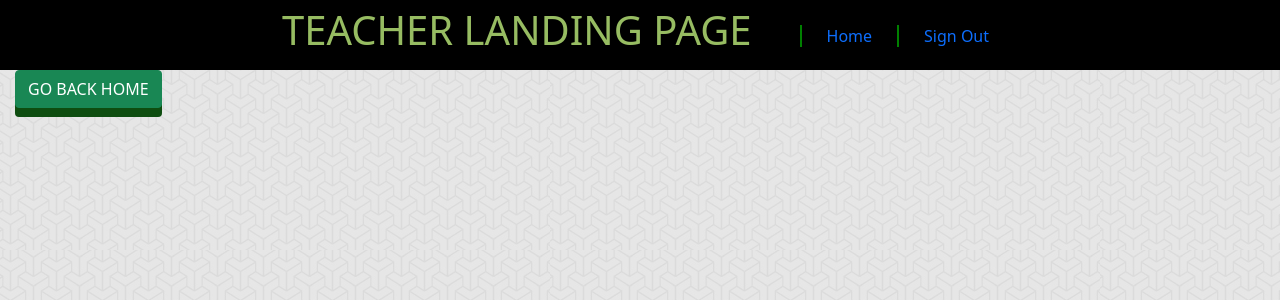
Repository: kavine24/CS490-Python-LMS
Page: html/portal/s/ReviewQuiz.html
These files come from the project's save history. The page is drawn as it stood at one moment and after the next save; the edit follows.
The browser window is 1280 px wide. The pictures show the whole page.
The page's requests for data from a server got no answer.

Above is the page before, as saved 2022-04-19 19:47:21.

### html/portal/s/ReviewQuiz.html
<!DOCTYPE html>
<html>
  <head>
    <title>Review Exam</title>
    <link rel="stylesheet" href="/style.css">

    <link href="https://cdn.jsdelivr.net/npm/bootstrap@5.1.3/dist/css/bootstrap.min.css" rel="stylesheet" integrity="sha384-1BmE4kWBq78iYhFldvKuhfTAU6auU8tT94WrHftjDbrCEXSU1oBoqyl2QvZ6jIW3" crossorigin="anonymous">
  </head>
  <body>
    <header class="mainHeader">
      <h1 id="header" class="header">TEACHER LANDING PAGE</h1>
      <ul class="navLIST">
          <li><a href="http://cs490testcenter.ddns.net:50000/portal/t/Home.php">Home</a></li>
          <li><a href="http://cs490testcenter.ddns.net:50000">Sign Out</a></li>
        </ul>
      <br>
    </header>

    <main id="review">
      <a id="goBackHome" href="http://cs490testcenter.ddns.net:50000/portal/s/Home.php">
        <button class="btn btn-success submit">GO BACK HOME</button>
      </a>
    </main>

    <script>

      const urlParams = new URLSearchParams(window.location.search);
      var requestType = 'ReviewExamFTM';
      const examID = urlParams.get('examID');

      function displayExams(){
        const data = {examID, requestType};

        const options = {
          method:'POST',
          headers: {
              "Content-type": "application/json; charset=UTF-8"
          },
          body: JSON.stringify(data)
        };

        fetch('http://cs490testcenter.ddns.net:50000/portal/frontBrowser.php', options)
        .then(response => {
          return response.json();
        })
        .then(data => {
          console.log(data);
          const header = document.getElementById("header");
          header.innerHTML = data.examData.examName;

          const points = document.createTextNode("Grade: " + data.examData.PointsEarned + "/" + data.examData.TotalPoints);
          document.getElementById('review').insertBefore(points, document.getElementById("goBackHome"));
          document.getElementById('review').insertBefore(document.createElement("br"), document.getElementById("goBackHome"));
          document.getElementById('review').insertBefore(document.createElement("br"), document.getElementById("goBackHome"));
          // points.setAttribute("class", "");

          for(let i = 0; i < data.answers.length; i++){
            const div = document.createElement("div");

            const question = document.createElement("label");
            question.setAttribute("class", "container")

            question.appendChild(document.createTextNode("Question " + (i+1)));
            question.appendChild(document.createElement("br"));

            question.appendChild(document.createTextNode(data.answers[i].pointsCorrect + " / " + data.answers[i].points));
            question.appendChild(document.createElement("br"));

            question.appendChild(document.createTextNode("Type: " + data.answers[i].type));
            question.appendChild(document.createElement("br"));

            question.appendChild(document.createTextNode("Difficulty: " + data.answers[i].difficulty));
            question.appendChild(document.createElement("br"));

            question.appendChild(document.createTextNode("Question: " + data.answers[i].question));
            question.appendChild(document.createElement("br"));

            input = document.createElement("textarea");
            input.readOnly = "true";
            input.setAttribute("rows", "15");
            input.setAttribute("cols", "95");
            input.innerHTML = data.answers[i].answer;

            question.appendChild(document.createElement("br"));
            question.appendChild(input);

            question.appendChild(document.createElement("br"));
            question.appendChild(document.createTextNode("Comments: " + data.answers[i].comments));

            div.appendChild(question);

            if(data.answers[i].pointsTable.length > 0){
              const reviewTable = document.createElement("table");
              reviewTable.setAttribute("class", "table");

              const reviewTableHead = document.createElement("thead");
              const tableRow1 = document.createElement("tr");
              tableRow1.setAttribute("class", "filters");

              const tableHeader1 = document.createElement("th");
              tableHeader1.innerHTML = "Case #";

              const tableHeader2 = document.createElement("th");
              tableHeader2.innerHTML = "Input";

              const tableHeader3 = document.createElement("th");
              tableHeader3.innerHTML = "Expected";

              const tableHeader4 = document.createElement("th");
              tableHeader4.innerHTML = "Recieved";

              const tableHeader5 = document.createElement("th");
              tableHeader5.innerHTML = "Points Earned";

              tableRow1.appendChild(tableHeader1);
              tableRow1.appendChild(tableHeader2);
              tableRow1.appendChild(tableHeader3);
              tableRow1.appendChild(tableHeader4);
              tableRow1.appendChild(tableHeader5);

              reviewTableHead.appendChild(tableRow1);
              reviewTable.appendChild(reviewTableHead);

              const tableBody = document.createElement("tbody");

              for(let j = 0; j < data.answers[i].pointsTable.length; j++) {
                const tableRowTR = document.createElement("tr");

                const tableBody1 = document.createElement("td");
                tableBody1.innerHTML = j + 1;

                const tableBody2 = document.createElement("td");
                tableBody2.innerHTML = data.answers[i].pointsTable[j].input;

                const tableBody3 = document.createElement("td");
                tableBody3.innerHTML = data.answers[i].pointsTable[j].expected;

                const tableBody4 = document.createElement("td");
                tableBody4.innerHTML = data.answers[i].pointsTable[j].recieved;

                const tableBody5 = document.createElement("td");
                tableBody5.innerHTML = data.answers[i].pointsTable[j].correct;

                tableRowTR.appendChild(tableBody1);
                tableRowTR.appendChild(tableBody2);
                tableRowTR.appendChild(tableBody3);
                tableRowTR.appendChild(tableBody4);
                tableRowTR.appendChild(tableBody5);

                tableBody.appendChild(tableRowTR);
              }
              reviewTable.appendChild(tableBody);

              const tableRowContraints = document.createElement("tr");

              const tableHead1 = document.createElement("th");
              tableHead1.innerHTML = "Other Criteria";

              const tableHead2 = document.createElement("th");
              tableHead2.innerHTML = "Criteria Check";

              const tableHead3 = document.createElement("th");
              tableHead3.innerHTML = "Points Earned";

              tableRowContraints.appendChild(tableHead1);
              tableRowContraints.appendChild(tableHead2);
              tableRowContraints.appendChild(tableHead3);

              tableBody.appendChild(tableRowContraints);

              numConsts = parseInt(data.answers[i].fNeeded) + parseInt(data.answers[i].wNeeded) + parseInt(data.answers[i].rNeeded);

              if(numConsts > 0) {
                if (data.answers[i].fNeeded == "1") {
                  const tableCriteria = document.createElement("tr");

                  const tableBody1 = document.createElement("td");
                  tableBody1.innerHTML = "For Loop";

                  const tableBody2 = document.createElement("td");
                  tableBody2.innerHTML = data.answers[i].fCorrect == "1" ? "Yes" : "No";

                  const tableBody3 = document.createElement("td");
                  tableBody3.innerHTML = data.answers[i].fCorrect == "1" ? data.answers[i].points * 0.1 / numConsts: 0;

                  tableCriteria.appendChild(tableBody1);
                  tableCriteria.appendChild(tableBody2);
                  tableCriteria.appendChild(tableBody3);

                  tableBody.appendChild(tableCriteria);
                }

                if (data.answers[i].wNeeded == "1") {
                  const tableCriteria = document.createElement("tr");

                  const tableBody1 = document.createElement("td");
                  tableBody1.innerHTML = "While Loop";

                  const tableBody2 = document.createElement("td");
                  tableBody2.innerHTML = data.answers[i].wCorrect == "1" ? "Yes" : "No";

                  const tableBody3 = document.createElement("td");
                  tableBody3.innerHTML = data.answers[i].wCorrect == "1" ? data.answers[i].points * 0.1 / numConsts: 0;

                  tableCriteria.appendChild(tableBody1);
                  tableCriteria.appendChild(tableBody2);
                  tableCriteria.appendChild(tableBody3);

                  tableBody.appendChild(tableCriteria);
                }

                if (data.answers[i].rNeeded == "1") {
                  const tableCriteria = document.createElement("tr");

                  const tableBody1 = document.createElement("td");
                  tableBody1.innerHTML = "Recursion";

                  const tableBody2 = document.createElement("td");
                  tableBody2.innerHTML = data.answers[i].rCorrect == "1" ? "Yes" : "No";

                  const tableBody3 = document.createElement("td");
                  tableBody3.innerHTML = data.answers[i].rCorrect == "1" ? data.answers[i].points * 0.1 / numConsts: 0;


                  tableCriteria.appendChild(tableBody1);
                  tableCriteria.appendChild(tableBody2);
                  tableCriteria.appendChild(tableBody3);

                  tableBody.appendChild(tableCriteria);
                }

                const tableCriteriaContraints = document.createElement("tr");

                const tableBodyC1 = document.createElement("td");
                tableBodyC1.innerHTML = "All Constraints";

                const tableBodyC2 = document.createElement("td");
                tableBodyC2.innerHTML = data.answers[i].constraintsCorrect == "1" ? "Yes" : "No";

                const tableBodyC3 = document.createElement("td");
                tableBodyC3.innerHTML = data.answers[i].constraintsCorrect == "1" ? data.answers[i].points * 0.1 : 0;

                tableCriteriaContraints.appendChild(tableBodyC1);
                tableCriteriaContraints.appendChild(tableBodyC2);
                tableCriteriaContraints.appendChild(tableBodyC3);

                tableBody.appendChild(tableCriteriaContraints);
              }


              const tableCriteriaHeader = document.createElement("tr");

              const tableBodyF1 = document.createElement("td");
              tableBodyF1.innerHTML = "Function Header";

              const tableBodyF2 = document.createElement("td");
              tableBodyF2.innerHTML = data.answers[i].headerCorrect == "1" ? "Yes" : "No";

              const tableBodyF3 = document.createElement("td");
              tableBodyF3.innerHTML = data.answers[i].headerCorrect == "1" ? (numConsts > 0 ? data.answers[i].points * 0.1 : data.answers[i].points * 0.2) : 0;

              tableCriteriaHeader.appendChild(tableBodyF1);
              tableCriteriaHeader.appendChild(tableBodyF2);
              tableCriteriaHeader.appendChild(tableBodyF3);

              tableBody.appendChild(tableCriteriaHeader);

              question.appendChild(reviewTable);


            }else{
              question.appendChild(document.createElement("br"));
              question.appendChild(document.createTextNode("This Question has not been autograded"));
            }

            document.getElementById("review").insertBefore(div, document.getElementById("goBackHome"));
            document.getElementById("review").insertBefore(document.createElement("br"), document.getElementById("goBackHome"));
            document.getElementById("review").insertBefore(document.createElement("br"), document.getElementById("goBackHome"));
          }
        })
        .catch((error) => {
          console.error('Error:', error);
        });

      };

      displayExams();
    </script>
  </body>
</html>

### html/style.css
body {
  background-image: url(portal/pictures/background.jpg);
}

.header {
  color: #97BC62FF;
  background-color: black;
  padding: 14px 16px;
  margin-top: 0px;
}

.submit, .userSubmit, .examTakeButtons, .examReviewButtons {
  padding: 10px 10px;
  margin: 0px 0px 15px 0px;
  font-size: 20px;
  cursor: pointer;
  text-decoration: none;
  outline: none;
  color: #fff;
  background-color: #4CAF50;
  border: none;
  border-radius: 12px;
  box-shadow: 0 9px #0e4d10;
}

.submit:hover, .userSubmit:hover {
  background-color: #215f23;
  box-shadow: 0 9px #1f9923;
}

.submit:active, .userSubmit:active {
  box-shadow: 0 5px #1C7F20;
  transform: translateY(4px)
}

.panel-heading, .panel-title {
  border-color: #4CAF50 !important;
  background-color: #0e4d10 !important;
}

/* .panel-title th {
  border-color: #1f9923;
  background-color: #1C7F20;
} */

.btn-primary {
  background-color: #0e4d10 !important;
  border-color: #4CAF50 !important;
}

.btn-success {
  background-color: #198754 !important;
  border-color: #198754 !important;
}

#submit {
  margin: 20px 0px;
}

#goBackHome {
  margin: 20px 15px;
}

.filterable {
  margin-top: 15px;
}

.filterable .panel-heading .pull-right {
  margin-top: -20px;
}

.filterable .filters input[disabled] {
  background-color: transparent;
  border: none;
  cursor: auto;
  box-shadow: none;
  padding: 0;
  height: auto;
}
.filterable .filters input[disabled]::-webkit-input-placeholder {
  color: #333;
}
.filterable .filters input[disabled]::-moz-placeholder {
  color: #333;
}
.filterable .filters input[disabled]:-ms-input-placeholder {
  color: #333;
}

.container {
  background-color: #a2a2a2;
  background-image: url(portal/pictures/divimage.jpg);
  padding: 14px 16px;
}

.mainHeader {
  background-color: black;
  max-height: 70px;
  display: flex;
  flex-direction: row;
  align-items: center;
  flex-shrink: 0;
  justify-content: center;
  top: 0;
  width: 100%;
  border-bottom: solid 3px black;
}

.navLIST {
  margin-top: 20px;
  display: flex;
}

.navLIST li {
  display: inline-block;
  margin-left: 0;
  color: #97BC62FF;
}

.navLIST li a {
  background-color: black;
  text-decoration: none;
  border-left: 2px solid green;
  padding: 0px 25px;
}

.navLIST li a:hover {
  background-color: black;
  text-decoration: underline;
}

/* body {
  background-image: url(portal/pictures/background.jpg);
  text-align: center;
  margin: auto;
}

#indexLog, h1 {
  color: #97BC62FF;
  margin: 0;
  overflow: hidden;
  background-color: black;
  padding: 14px 16px;
  text-align: center;
}

.forms {
  text-align: center;
  display: inline-block;
  overflow-wrap: break-word;
}

.credentialStyle {
  color: #97BC62FF;
  margin: 0;
  padding: 0px 0px 20px;
  font-size: 20px;
  text-shadow: .5px .5px 0 #000;
}

.submit, .userSubmit, .examTakeButtons, .examReviewButtons {
  display: inline-block;
  padding: 15px 25px;
  font-size: 24px;
  cursor: pointer;
  text-align: center;
  text-decoration: none;
  outline: none;
  color: #fff;
  background-color: #4CAF50;
  border: none;
  border-radius: 12px;
  box-shadow: 0 9px #1C7F20;
  margin: 10px 0px;
}

.submit:hover, .userSubmit:hover {
  background-color: #3e8e41;
  box-shadow: 0 9px #1C7F20;
}

.submit:active, .userSubmit:active {
  box-shadow: 0 5px #1C7F20;
  transform: translateY(4px)
}

#createQuestionForm {
  padding: 10px;
  text-align: center;
}

div {
  border-radius: 5px;
  background-color: #a2a2a2;
  background-image: url(portal/pictures/divimage.jpg);
  padding: 20px;
  text-align: center;
  display: inline-block;
  max-width: 750px;
}

.centered {
  position: absolute;
  top: 50%;
  left: 50%;
  transform: translate(-50%, -50%);
  text-align: center;
  display: inline-block;
}

.centeredsearch {
  position: absolute;
  top: 15%;
  left: 50%;
  transform: translate(-50%, -50%);
  text-align: center;
  display: inline-block;
}

.left {
  left: 0;
  display: inline-block;
}


.right {
  right: 0;
  display: inline-block;
}

.split {
  height: 100%;
  width: 50%;
  position: absolute;
}
table , th, td{
  border: 1px solid;
  width: 100%;
} */

After the next save:
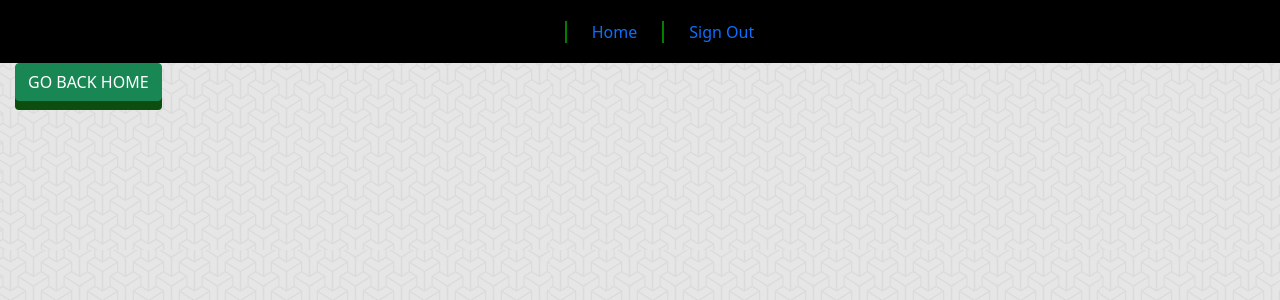
Saved 18 s later.
--- a/html/portal/s/ReviewQuiz.html
+++ b/html/portal/s/ReviewQuiz.html
@@ -8,7 +8,7 @@
   </head>
   <body>
     <header class="mainHeader">
-      <h1 id="header" class="header">TEACHER LANDING PAGE</h1>
+      <h1 id="header" class="header"></h1>
       <ul class="navLIST">
           <li><a href="http://cs490testcenter.ddns.net:50000/portal/t/Home.php">Home</a></li>
           <li><a href="http://cs490testcenter.ddns.net:50000">Sign Out</a></li>
